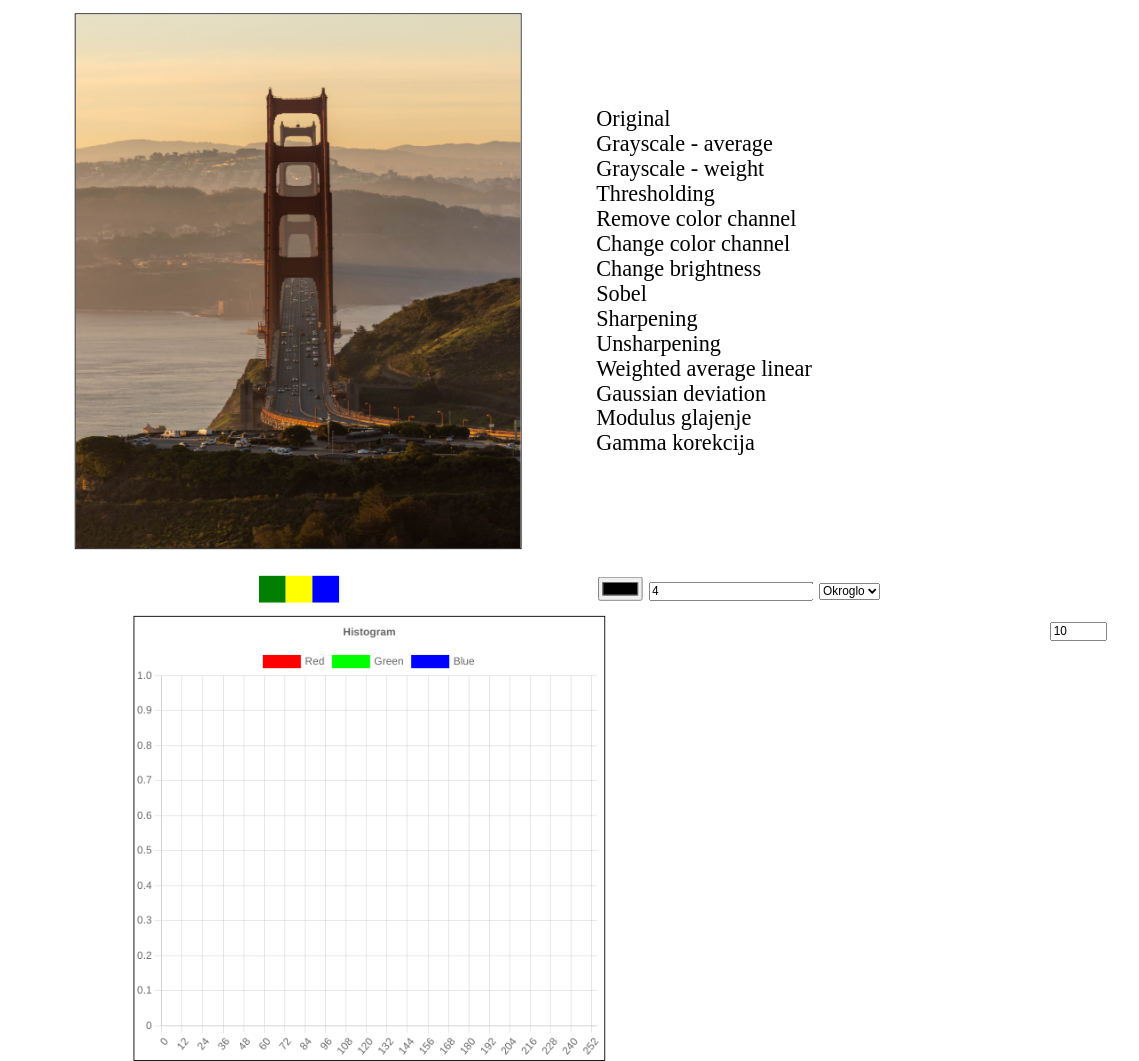
Repository: fussionko/web_photoshop
Page: index.html
These files come from the project's save history. The page is drawn as it stood at one moment and after the next save; the edit follows.
The browser window is 1280 px wide. The pictures show the whole page, at 89% of full size.
Some web libraries are served in a nearby version.

Above is the page before, as saved 2022-04-28 22:15:49.
Console error: ReferenceError: Cannot access 'c' before initialization

### index.html
<!doctype html>
<html lang="en">
    <head>
        <meta charset="utf-8">
        <meta name="viewport" content="width=device-width, initial-scale=1">

        <title>Slike</title>
        <link rel="stylesheet" href="style.css">
    </head>
    <body>
        <div id="container-main">
            <canvas id="main_canvas"></canvas>
            <div id="container-buttons"></div>
            <div id="container-controls"></div>
        </div>
        <div id="container-assist">
            <div id="container-history"><div id="history-back"></div><div id="history-fow"></div><div id="history-reset"></div></div>
            <div id="container-color">
                <input type="color" id="color" value="#000000">
                <input type="number" id="brush-size" step="1" value="4">
                <select id="cap-type">
                    <option value="butt">Butt</option>
                    <option value="round" selected>Okroglo</option>
                    <option value="square">Kvadrat</option>
                </select>
            </div>
        </div>
        <div id="container-histogram">
            <div>
                <canvas id="main-graph"></canvas>
            </div>

            <div id="container-graph-data">
                <input type="number" id="basket-num" step="1" max="255" min="1" value="10">
            </div>
        </div>
        <script src="https://cdnjs.cloudflare.com/ajax/libs/Chart.js/3.7.1/chart.min.js"></script>
        <script src="filters.js"></script>
        <script src="draw.js"></script>
        <script src="history.js"></script>
        <script src="graph.js"></script>
        <script src="main.js"></script>
    </body>
</html>

### style.css
html {
    margin: 0;
    width: 100%;
    height: 100%;

    background-color: white !important;
}
body {
    margin: 0;

    display: grid;
    align-items: center;

    font-size: 25px;
    background-color: white !important;
    width: 100%;
    height: 100%;

}

#container-main, #container-assist, #container-historgram {
    margin: 15px 0;
}

#container-main {
    width: 100%;
    display: grid;
    grid-template-columns: auto auto 200px;
    align-items: center;
    justify-content: space-evenly;

}
canvas {

    border: 1px solid black;
}

.button-function {
    border: 1px solid black;
    padding: 5px;
    margin: 5px;;
}

#container-assist {
    display: grid;
    grid-template-columns: auto auto ;
    justify-content: space-evenly;
}

#container-history {
    display: flex;

}

#history-back, #history-fow, #history-reset {
    width: 30px;
    height: 30px;
}

#history-fow {
    background-color: yellow;
}

#history-back {
    background-color: green;
}

#history-reset {
    background-color: blue;
}

#container-histogram {
    display: grid;
    grid-template-columns: 1fr 100px;
    margin-left: 150px;
    margin-bottom: 100px;
    height: 500px;
}

### draw.js
function loadDraw()
{
    document.addEventListener('mousemove', draw);
    document.addEventListener('mousedown', function(e){
        setPosition(e);
        draw(e);
    });
    document.addEventListener('mouseenter', setPosition);
    document.addEventListener('mouseup', function(e){
        if(e.clientX > canvas_x_position + canvas_width || e.clientX < canvas_x_position) return;
        if(e.clientY > canvas_y_position + canvas_height || e.clientY < canvas_y_position) return;
        loadImage(getPixelData());
    });

    document.getElementById("color").addEventListener("change", function(){
        draw_color = this.value;
        console.log(draw_color);
    });

    document.getElementById("brush-size").addEventListener("change", function(){
        brush_size = parseInt(this.value);
        console.log(brush_size);
    });

    document.getElementById("cap-type").addEventListener("change", function(){
        cap_type = this.value;
        console.log(cap_type);
    });
}

let pos = {x:0, y:0}

function setPosition(e)
{
    pos.x = e.clientX - canvas_x_position;
    pos.y = e.clientY - canvas_y_position;
}

let draw_color = "#000000";
let brush_size = 4;
let cap_type = "round";
function draw(e)
{
    if (e.buttons !== 1) return;

    main_ctx.beginPath(); // begin

    main_ctx.lineWidth = brush_size;
    main_ctx.lineCap = cap_type;
    main_ctx.strokeStyle = draw_color;

    main_ctx.moveTo(pos.x, pos.y); // from
    setPosition(e);
    main_ctx.lineTo(pos.x, pos.y); // to

    main_ctx.stroke(); // draw it!


}

function delete_draw(e)
{
    if (e.buttons !== 1) return;

    main_ctx.beginPath(); // begin

    main_ctx.lineWidth = brush_size;
    main_ctx.lineCap = 'round';
    main_ctx.strokeStyle = draw_color;

    main_ctx.moveTo(pos.x, pos.y); // from
    setPosition(e);
    main_ctx.lineTo(pos.x, pos.y); // to

    main_ctx.stroke(); // draw it!
}

### history.js
function loadHistory()
{
    document.getElementById("history-back").addEventListener("click", function(){
        if(moveBackwardHistory() == -1) return;
        loadImageHistory();
    })

    document.getElementById("history-fow").addEventListener("click", function(){
        if(moveFowardHistory() == -1) return;
        loadImageHistory();
    })

    document.getElementById("history-reset").addEventListener("click", function(){
        let draw_image = new ImageData(canvas_width, canvas_height);
        draw_image.data.set(original_img_data);
        history = [draw_image.data];
        currentHistoryIndex = 1;
        current_filter_data["filter"] = "original";
        current_filter_data["index"] = 1;
        current_filter_data["data"] = draw_image.data;
        loadImageHistory();
    })
}

let history = [];
let currentHistoryIndex = 0;
function addToHistory(img_data)
{
    if(checkSame(img_data, history[history.length-1]) == 1) return;
    if(currentHistoryIndex != history.length)
        removeHistoryToIndex();

    history.push(img_data);
    currentHistoryIndex++;
}

function removeHistoryToIndex()
{
    history.splice(currentHistoryIndex, history.length-currentHistoryIndex)
}

function moveFowardHistory()
{
    if(currentHistoryIndex+1 > history.length) return -1;
    currentHistoryIndex++;
    return 1;
}

function moveBackwardHistory()
{
    if(currentHistoryIndex-1 <= 0) return -1;
    currentHistoryIndex--;
    return 1;
}

function getCurrentHistory()
{
    return history[currentHistoryIndex];
}

### graph.js

const graph_width = 530;
const graph_height = 500;

let main_graph;
let graph_ctx;

let normalization_value = 35;
let graph_offset = 5;


function initGraph()
{

    main_graph = document.getElementById("main-graph");
    graph_ctx = main_graph.getContext('2d');
    main_graph.width = graph_width;
    main_graph.height = graph_height;

    document.getElementById("basket-num").addEventListener("change", function(){
        basket_num = parseInt(this.value);
    });

    // graph_ctx.beginPath();
    // graph_ctx.strokeStyle = "#FF0000";
    // graph_ctx.moveTo(0, 0);
    // graph_ctx.bezierCurveTo(50, 50, 50, 100, 100, 100);

    // graph_ctx.stroke();
    // graph_ctx.closePath();
    clear_graph()
    create_graph()
}

function clear_graph()
{

    graph_ctx.fillStyle = "#FFFFFF";
    graph_ctx.fillRect(0, 0, graph_width, graph_height);
}

let basket_num = 10;
let basket_size = Math.round(255/basket_num);
const graph_template = {
    "r":{},
    "g":{},
    "b":{}
}
let graph = JSON.parse(JSON.stringify(graph_template));

function create_graph()
{
    // graph = JSON.parse(JSON.stringify(graph_template));
    // for(let i = 1; i <= basket_num; i++)
    // {
    //     graph["r"][basket_size*i] = 0;
    //     graph["g"][basket_size*i] = 0;
    //     graph["b"][basket_size*i] = 0;
    // }
    graph = JSON.parse(JSON.stringify(graph_template));
    for(let i = 0; i <= 255; i++)
    {
        graph["r"][i] = 0;
        graph["g"][i] = 0;
        graph["b"][i] = 0;
    }

}

function count_Pixel(img_data)
{

    let ranges = Object.keys(graph["r"]);

    // for(let i = 0; i < img_data.length; i+=4)
    // {
    //     for(const key in ranges)
    //         if(img_data[i] < parseInt(ranges[key]))
    //         {
    //             graph["r"][ranges[key]]++;
    //             break;
    //         }
    //     for(const key in ranges)
    //         if(img_data[i+1] < parseInt(ranges[key]))
    //         {
    //             graph["g"][ranges[key]]++;
    //             break;
    //         }
    //     for(const key in ranges)
    //         if(img_data[i+2] < parseInt(ranges[key]))
    //         {
    //             graph["b"][ranges[key]]++;
    //             break;
    //         }
    // }
   // console.log(graph);
    for(let i = 0; i < img_data.length; i+=4)
    {

        graph["r"][ranges[img_data[i]]]++;
        graph["g"][ranges[img_data[i+1]]]++;
        graph["b"][ranges[img_data[i+2]]]++;
        //drawLine(graph_offset+img_data[i], graph_height, graph_offset+img_data[i], graph_height-graph["r"][ranges[img_data[i]]], "#FF0000")
    }


    normalizeGraph();
    //draw_graph()
   // window.requestAnimationFrame(draw_graph_animation);
    //draw_graph();

    const myChart = new Chart(
        graph_ctx,
        config
    );

    addData(myChart, 1);
}

function normalizeGraph()
{

    for(const c in graph)
        for(const range in graph[c])
            graph[c][range] = Math.round(graph[c][range]/normalization_value);
}

let i = 0;
function draw_graph_animation()
{

}


function drawCurve(range, height, prev, color)
{
    graph_ctx.strokeStyle = color;
    graph_ctx.beginPath();
    graph_ctx.moveTo(graph_offset+range-1, graph_height-prev);
    graph_ctx.quadraticCurveTo(graph_offset+range-1, graph_height-prev, graph_offset+range, height);
    graph_ctx.stroke();
    graph_ctx.closePath();
}



let labels = [];
for(let i = 0; i<= 255; i++)
    labels[i] = i;

const data = {
    labels: labels,
    datasets: [
        {
            label: 'Red',
            data: [],
            borderColor: "#ff0000",
            backgroundColor: "#ff0000",
        },
        {
            label: 'Green',
            data: [],
            borderColor: "#00ff00",
            backgroundColor: "#00ff00",
        },
        {
            label: 'Blue',
            data: [],
            borderColor: "#0000ff",
            backgroundColor: "#0000ff",
        }
    ]
};

const config = {
    type: 'line',
    data: data,
    options: {
        responsive: false,
        plugins: {
            legend:
            {
                position: 'top',
            },
            title:
            {
                display: true,
                text: 'Histogram'
            }
        },
        scales: {
            x: {
              ticks: {
                beginAtZero: true,
              }
            },
            y: {
              ticks: {
                beginAtZero: true

              }
            }
          }
    },
};


function addData(chart) {
    chart.data.datasets.forEach((dataset) => {
        for(const c in graph)
            for(const c in graph[c])

        dataset.data.push(1);
    });
    chart.update();
}

// const actions = [
//     {
//         name: 'Add Data',
//         handler(chart)
//         {
//             const data = chart.data;
//             if (data.datasets.length > 0)
//             {
//                 data.labels = Utils.months({count: data.labels.length + 1});

//                 for (let index = 0; index < data.datasets.length; ++index)
//                     data.datasets[index].data.push(Utils.rand(-100, 100));
//                 chart.update();
//             }
//         }
//     },

//     {
//       name: 'Remove Data',
//       handler(chart) {
//         chart.data.labels.splice(-1, 1); // remove the label first

//         chart.data.datasets.forEach(dataset => {
//           dataset.data.pop();
//         });

//         chart.update();
//       }
//     }
//   ];





function draw_graph()
{
    graph_ctx.lineWidth = 1;

    for(let range in graph["r"])
    {
        range = parseInt(range);

        graph_ctx.beginPath();
        graph_ctx.moveTo(graph_offset+range, graph_height);
        graph_ctx.strokeStyle = "#FF0000";

        graph_ctx.lineTo(graph_offset+range, graph_height-graph["r"][range]);
        graph_ctx.stroke();
        graph_ctx.closePath();

        graph_ctx.beginPath();
        graph_ctx.moveTo(graph_offset+range, graph_height);
        graph_ctx.strokeStyle = "#00FF00";
        graph_ctx.lineTo(graph_offset+range, graph_height-graph["g"][range]);
        graph_ctx.stroke();
        graph_ctx.closePath();

        graph_ctx.beginPath();
        graph_ctx.moveTo(graph_offset+range, graph_height);
        graph_ctx.strokeStyle = "#0000FF";
        graph_ctx.lineTo(graph_offset+range, graph_height-graph["b"][range]);
        graph_ctx.stroke();
        graph_ctx.closePath();
    }


}

Loaded but not shown: main.js (441 lines, source omitted); filters.js (443 lines, source omitted)

After the next save:
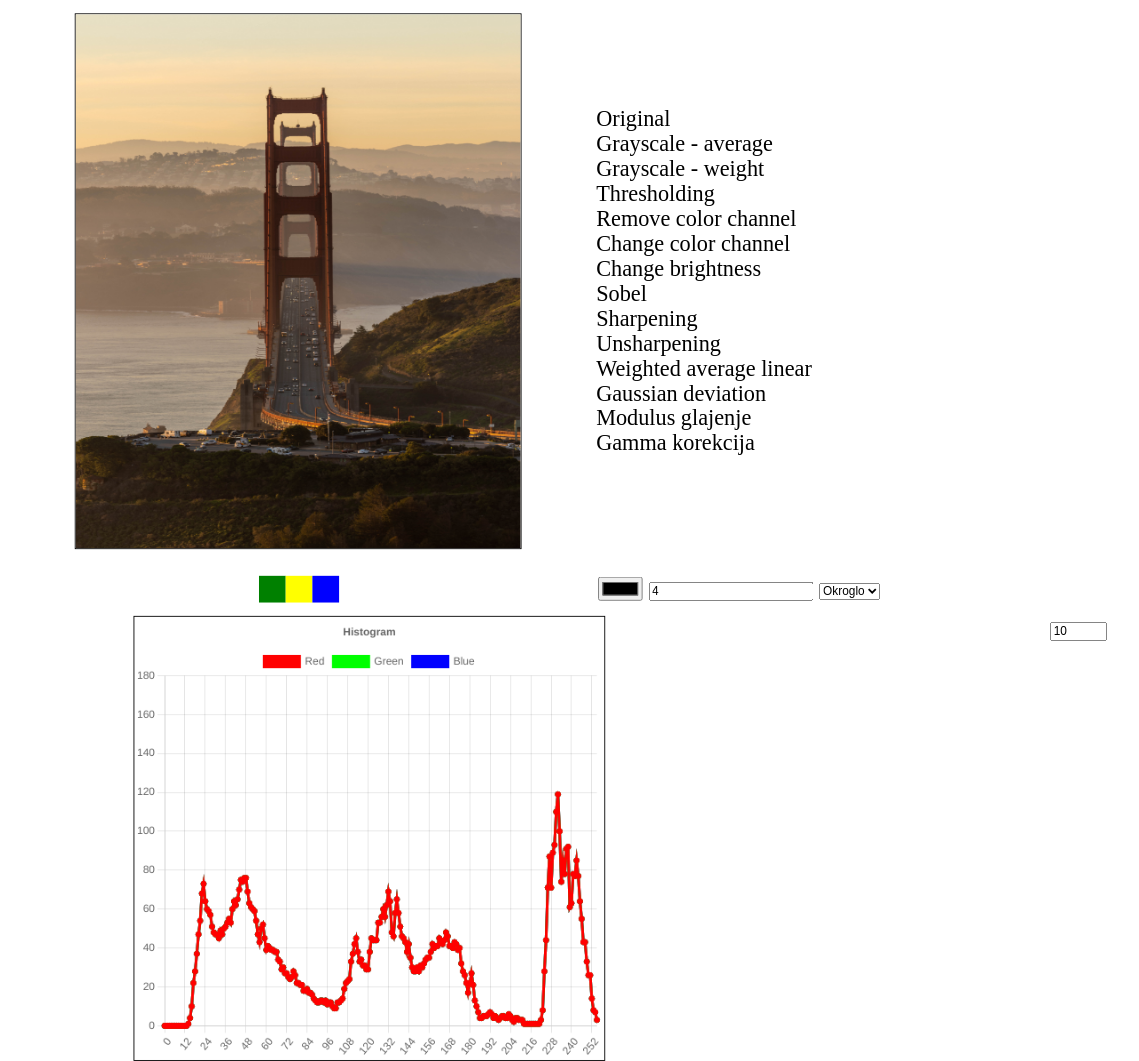
The error is gone.
Saved 20 s later.
--- a/graph.js
+++ b/graph.js
@@ -208,9 +208,8 @@ const config = {
 function addData(chart) {
     chart.data.datasets.forEach((dataset) => {
         for(const c in graph)
-            for(const c in graph[c])
-
-        dataset.data.push(1);
+            for(const range in graph[c])
+                dataset.data.push(graph[c][range]);
     });
     chart.update();
 }
